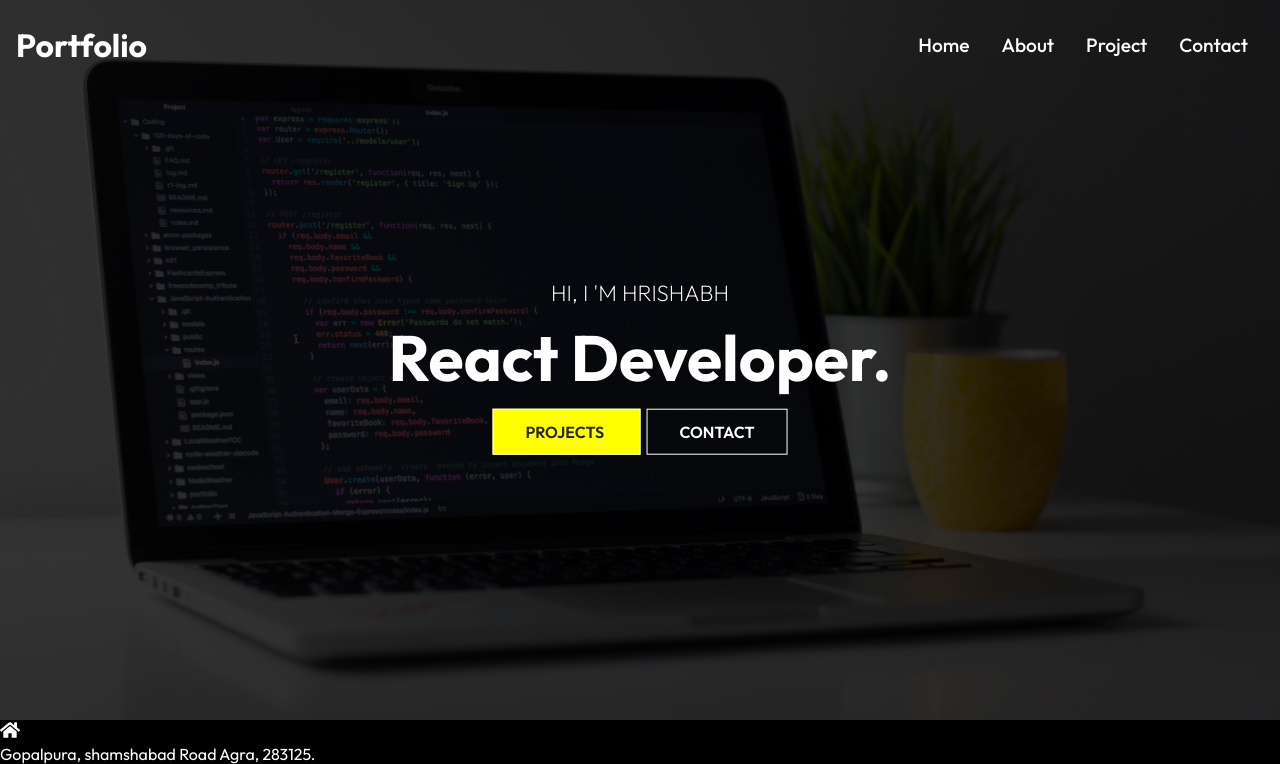
Repository: Hrishabhsinghai/Portfolio
Page: /
The author's editor kept a copy of each file at every save. The page is drawn from the files as they stood at one save, then again after the next save.
The browser window is 1280 px wide. The pictures show the whole page.
The project was rebuilt for these pictures with package versions that can differ from the ones it lists, and the page was loaded fresh each time. Also part of the build but not shown: src/components/FooterStyles.css, src/routes/About.js, src/routes/Project.js, src/routes/Contact.js.

Above is the page before, as saved 2024-01-04 15:38:49.

After the next save:
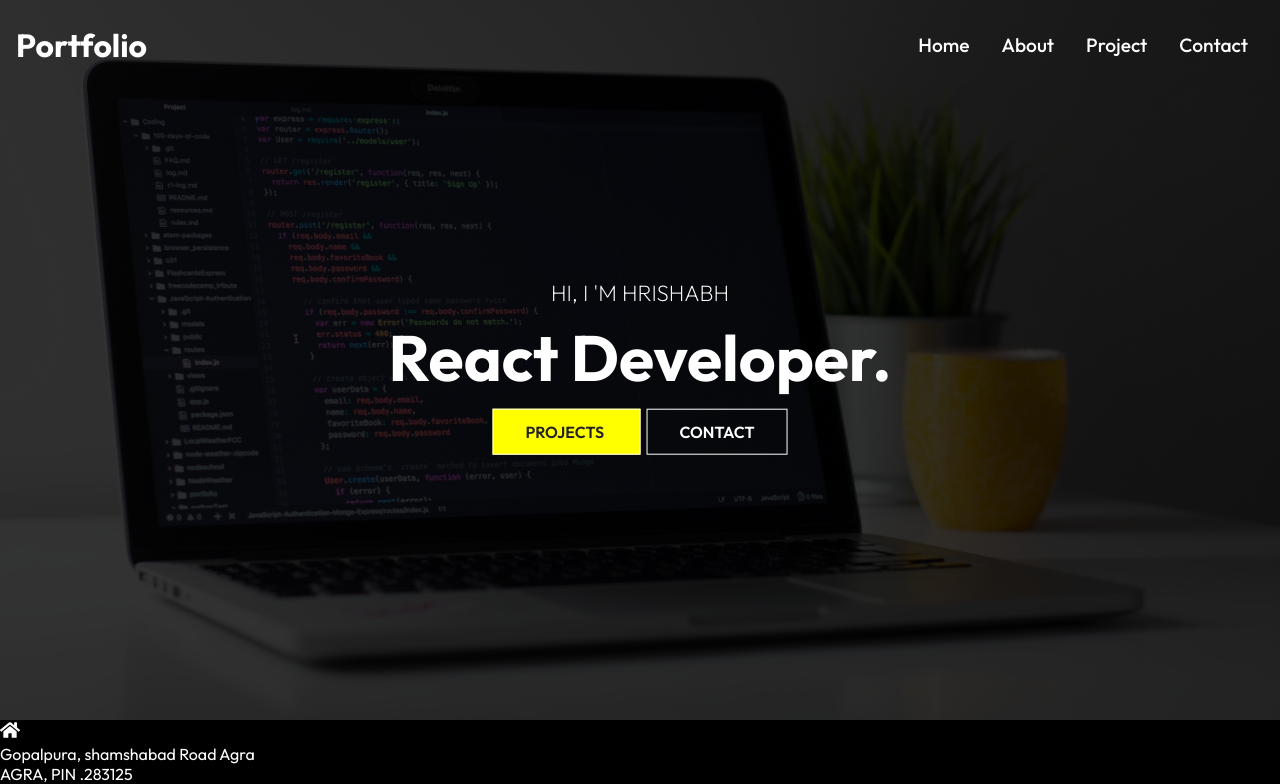
Saved 29 s later.
--- a/src/components/Footer.js
+++ b/src/components/Footer.js
@@ -11,7 +11,8 @@ const Footer = () => {
           <div className="location">
             <FaHome size={20} style={{ color: "#fff", marginRight: "2rem" }} />{" "}
             <div>
-              <p>Gopalpura, shamshabad Road Agra, 283125. </p>{" "}
+              <p> Gopalpura, shamshabad Road Agra </p>{" "}
+              <p> AGRA, PIN .283125 </p>{" "}
             </div>{" "}
           </div>{" "}
         </div>{" "}
